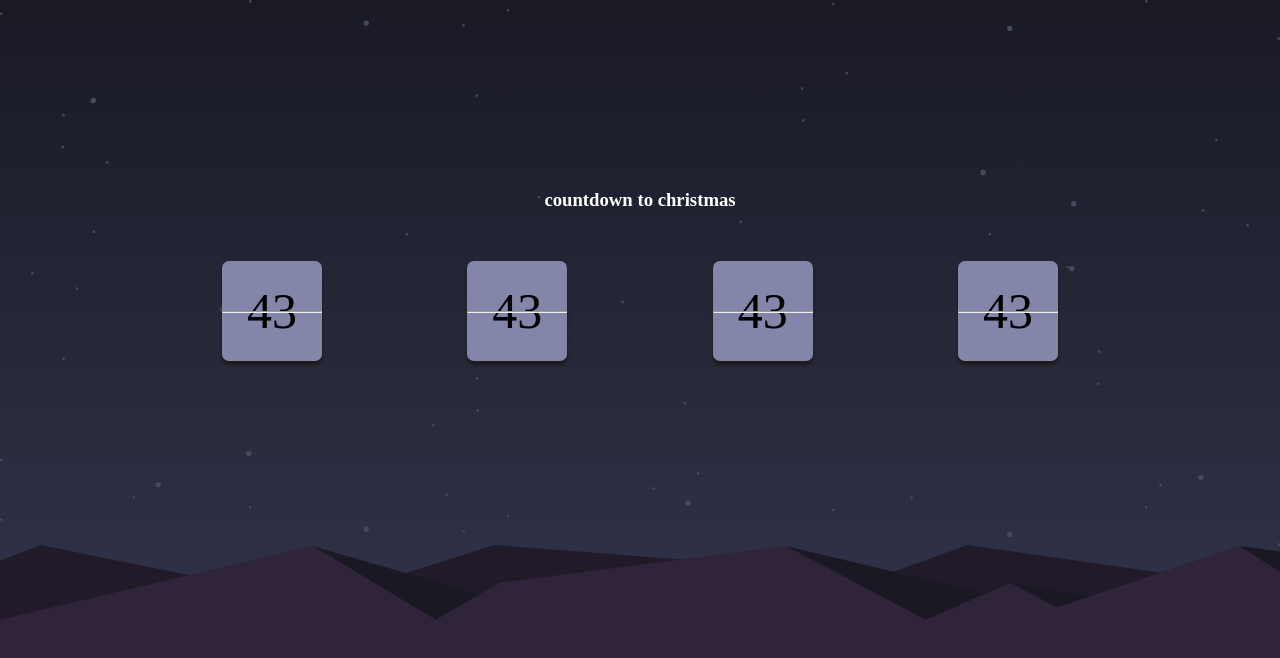
Repository: Eugene44-hub/countdown
Page: index.html
The author's editor kept a copy of each file at every save. The page is drawn from the files as they stood at one save, then again after the next save.
The browser window is 1280 px wide. The pictures show the whole page.

Above is the page before, as saved 2021-09-12 03:15:14.

After the next save:
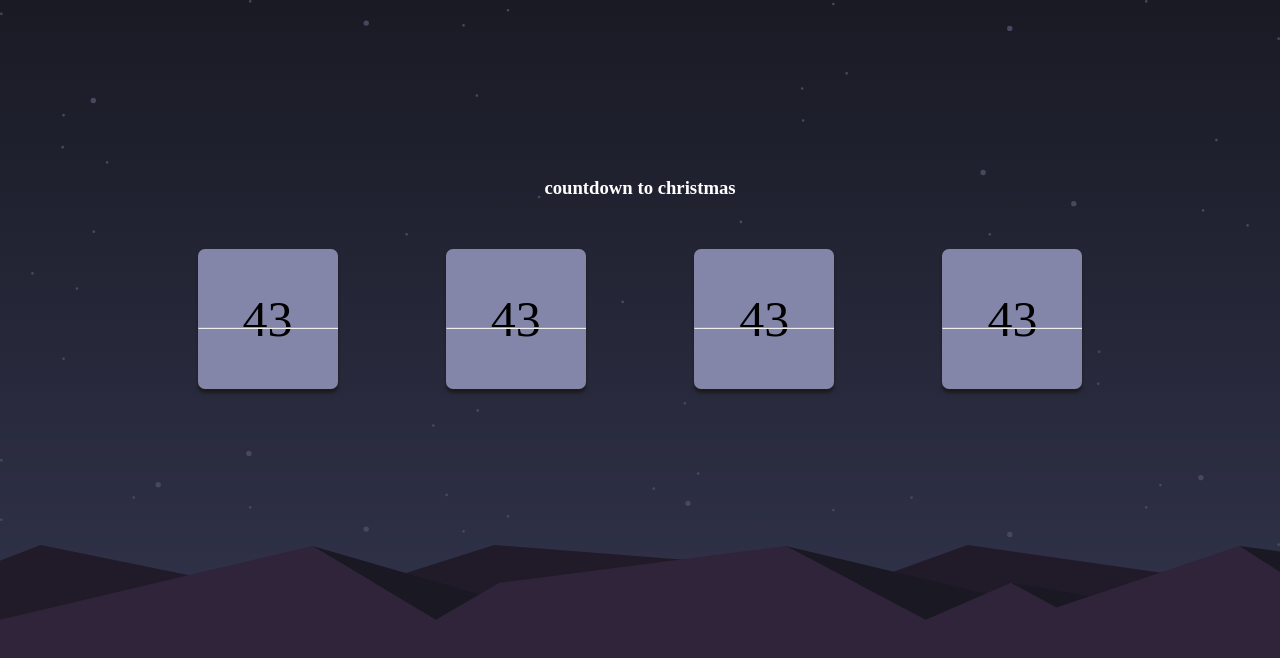
Saved 3 min 44 s later.
--- a/style.css
+++ b/style.css
@@ -1,4 +1,5 @@
-* {
+@import url('https://fonts.googleapis.com/css2?family=Red+Hat+Text:wght@700&display=swap');
+</style>* {
     padding: 0;
     margin: 0;
     box-sizing: border-box;

After the save that followed:
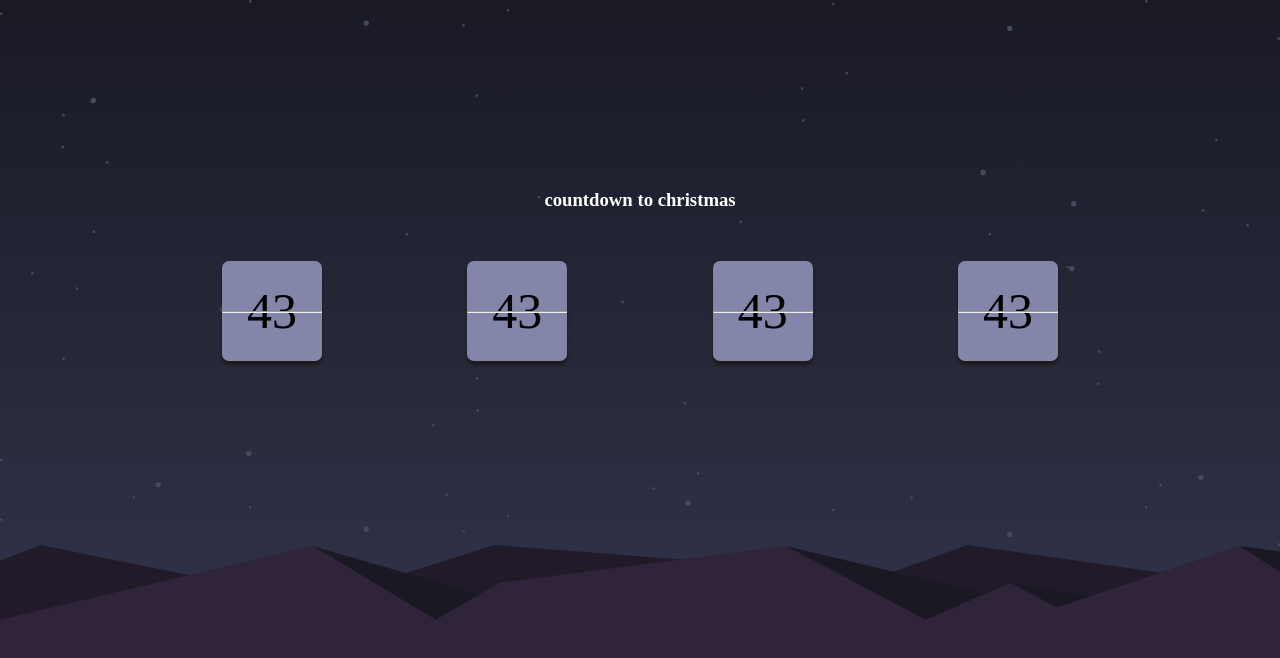
Saved 4 s later.
--- a/style.css
+++ b/style.css
@@ -1,5 +1,5 @@
 @import url('https://fonts.googleapis.com/css2?family=Red+Hat+Text:wght@700&display=swap');
-</style>* {
+* {
     padding: 0;
     margin: 0;
     box-sizing: border-box;
